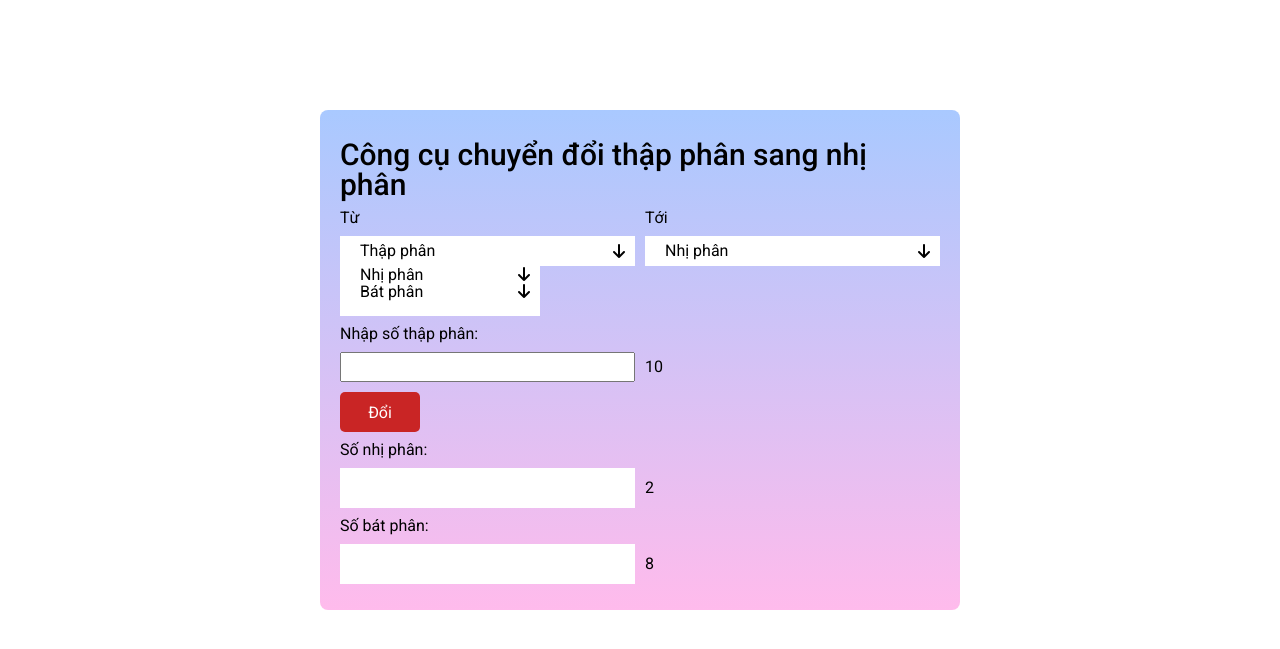
Repository: thuanpham00/covertNumber
Page: index.html
An editor plug-in stored every save of this project. The page is shown before and after the next save, followed by the edit.
The browser window is 1280 px wide. The pictures show the whole page.
Some web libraries are served in a nearby version. The style sheet was rebuilt from its Sass, Less or Tailwind sources for each picture, by a compiler version that may differ from the author's.

Above is the page before, as saved 2023-11-05 16:45:17.
Console error: TypeError: Cannot read properties of null (reading 'addEventListener')

After the next save:
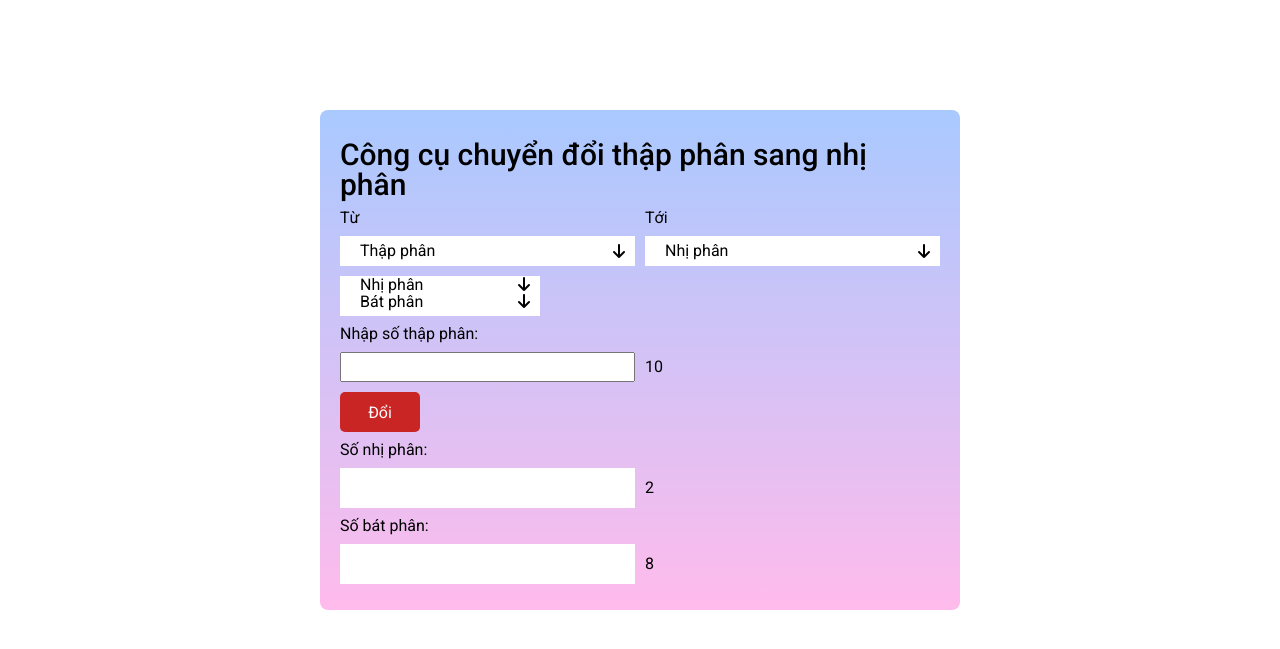
Saved 10 s later.
--- a/scss/main.scss
+++ b/scss/main.scss
@@ -222,7 +222,8 @@ button {
 }
 
 .list {
-    height: 50px;
+    margin-top: 10px;
+    height: 40px;
     width: 200px;
     background: #fff;
 
